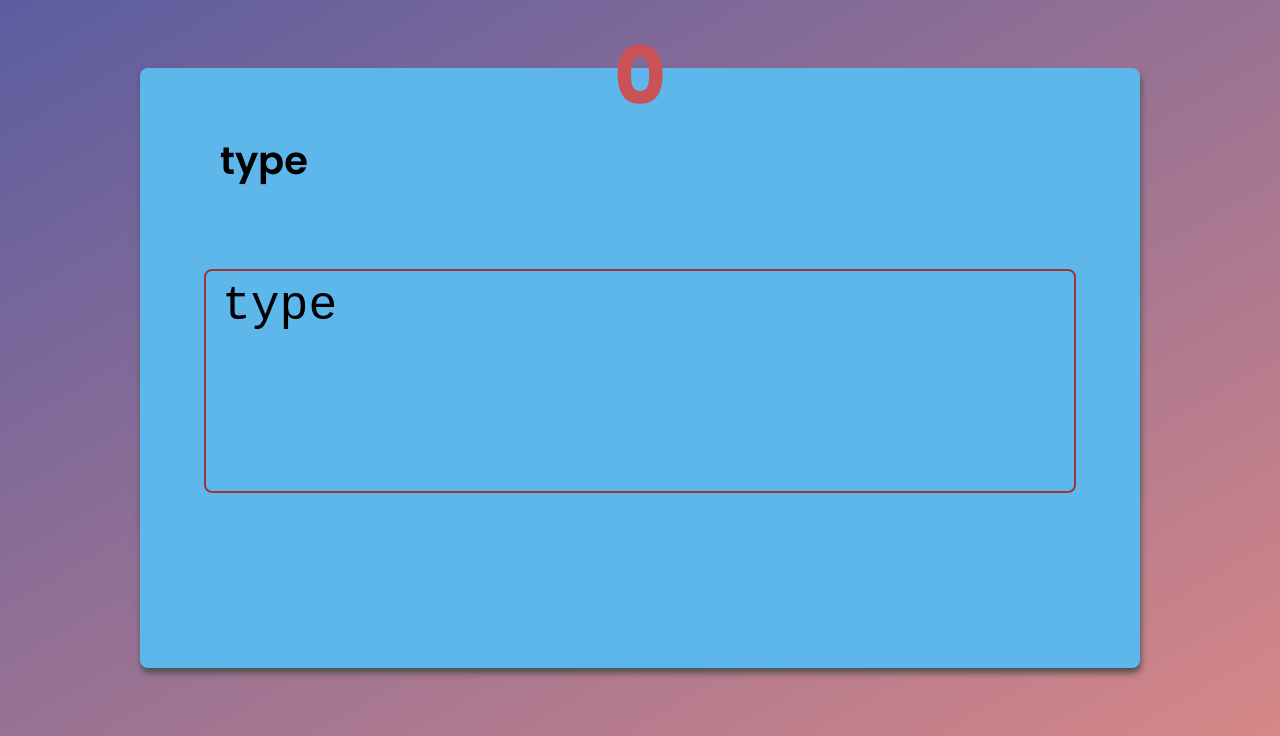
Repository: MitukiTakada/Typing-App
Page: index.html
These files come from the project's save history. The page is drawn as it stood at one moment and after the next save; the edit follows.
The browser window is 1280 px wide. The pictures show the whole page.
Some web fonts or font styles are not loaded; a fallback is used.

Above is the page before, as saved 2022-06-30 16:49:15.

After the next save:
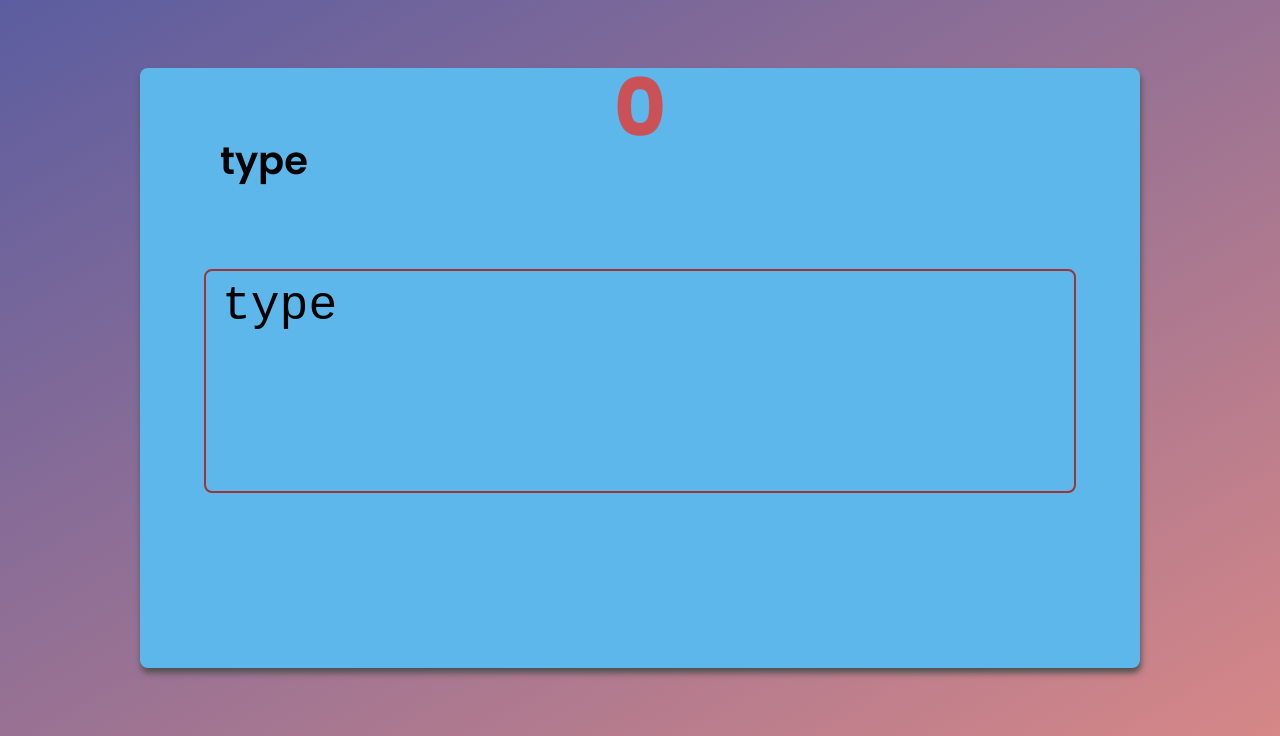
Saved 6 s later.
--- a/style.css
+++ b/style.css
@@ -37,7 +37,7 @@ body {
 
 .timer {
   position: absolute;
-  top: 1rem;
+  top: 3rem;
   font-size: 5rem;
   font-weight: bold;
   color: rgb(202, 82, 87);
